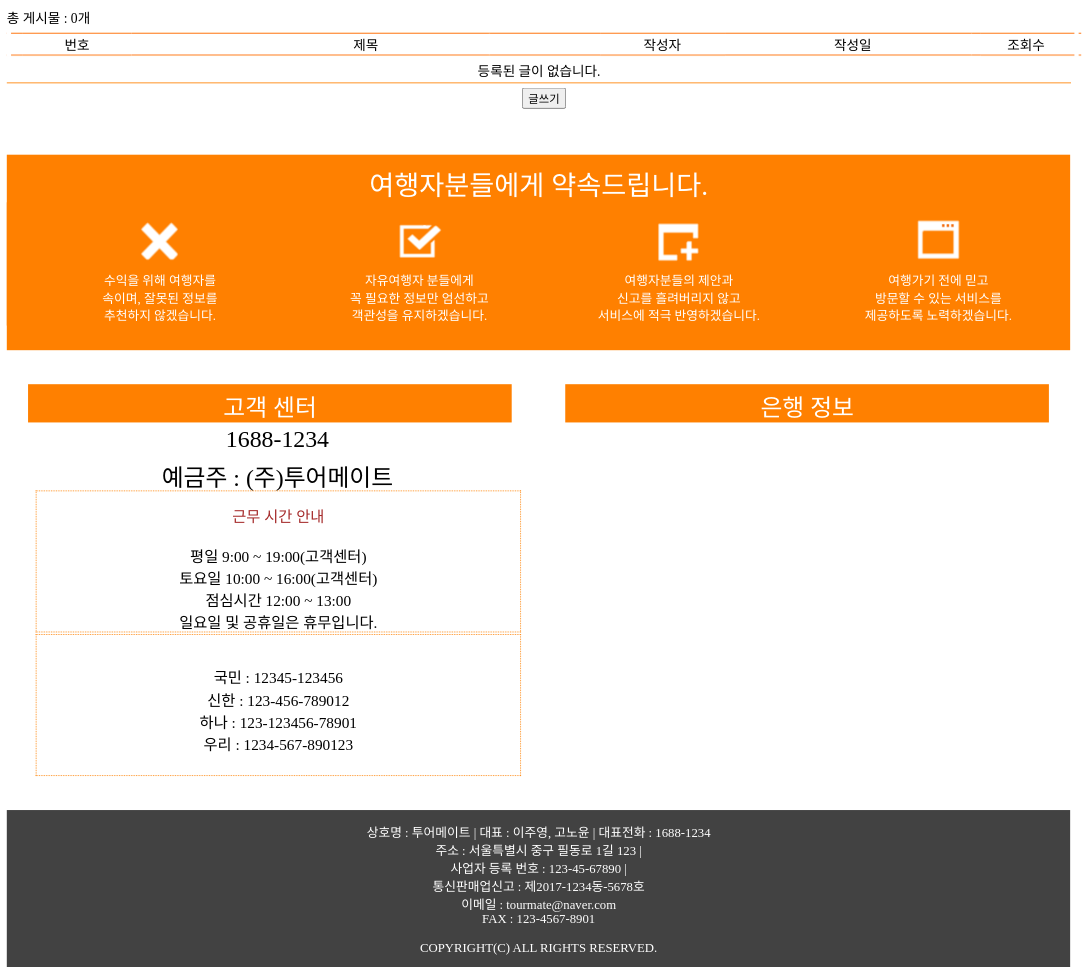
Repository: nohyoonko/2017-2-WP-Tourmate
Page: http://localhost/Tourmate/여행_후기.jsp
The author's editor kept a copy of each file at every save. The page is drawn from the files as they stood at one save, then again after the next save.
The browser window is 1280 px wide. The pictures show the whole page, at 85% of full size.
The page is served by Tomcat 9. Other server files are loaded and not shown. Queries for data that is not in the repository find no rows.

Above is the page before, as saved 2017-12-05 03:09:05.

### eclipse-workspace/Tourmate/WebContent/여행_후기.jsp
<%@ page language="java" contentType="text/html; charset=utf-8"
    pageEncoding="utf-8"%>
<%@ page import="java.sql.*" %>
<!DOCTYPE html PUBLIC "-//W3C//DTD HTML 4.01 Transitional//EN" "http://www.w3.org/TR/html4/loose.dtd">
<html>
 <head>
 <title>투어메이트</title>
 </head>
 <body>
 <%
 	Class.forName("com.mysql.jdbc.Driver");
	String url = "jdbc:mysql://localhost:3306/trip";
	String id = "root";
	String pass = "5576";
	int total = 0;

	try {
		Connection conn = DriverManager.getConnection(url, id, pass);
		Statement stmt = conn.createStatement();

		String sqlCount = "SELECT COUNT(*) FROM trip";
		ResultSet rs = stmt.executeQuery(sqlCount);

		if(rs.next()){
			total = rs.getInt(1);
		}
		rs.close();
		out.print("총 게시물 : " + total + "개");

		String sqlList = "SELECT NUM, USERNAME, TITLE, TIME, HIT, INDENT from trip order by REF DESC, STEP ASC";
		rs = stmt.executeQuery(sqlList);

%>
<table width="100%" cellpadding="0" cellspacing="0" border="0">
  <tr height="5"><td width="5"></td></tr>
 <tr style="background:url('2_trip/table_mid.gif') repeat-x; text-align:left;">
   <td width="10"><img src="2_trip/table_left.gif" width="5" height="30" /></td>
   <td align="center" width="70">번호</td>
   <td align="center" width="300">제목</td>
   <td align="center" width="80">작성자</td>
   <td align="center" width="164">작성일</td>
   <td align="center" width="58">조회수</td>
   <td align="center" width="7"><img src="2_trip/table_right.gif" width="5" height="30" /></td>
  </tr>
<%
	if(total==0) {
%>
	 		<tr align="center" bgcolor="#FFFFFF" height="30">
	 	   <td colspan="6">등록된 글이 없습니다.</td>
	 	  </tr>
<%
	 	} else {

		while(rs.next()) {
			int idx = rs.getInt(1);
			String name = rs.getString(2);
			String title = rs.getString(3);
			String time = rs.getString(4);
			int hit = rs.getInt(5);
			int indent = rs.getInt(6);

%>
<tr height="25" align="center">
	<td>&nbsp;</td>
	<td align="center"><%=idx %></td>
	<td align="left">
	<%

	for(int j=0;j<indent;j++){
%>		&nbsp;&nbsp;&nbsp;<%
	}
	if(indent!=0){
%>		<img src='2_trip/reply_icon.gif' />
<%
	}
%>
	<a href="여행_후기_view.jsp?idx=<%=idx%>"><%=title %></a></td>
	<td align="center"><%=name %></td>
	<td align="center"><%=time %></td>
	<td align="center"><%=hit %></td>
	<td>&nbsp;</td>
</tr>
  <tr height="1" bgcolor="#D2D2D2"><td colspan="6"></td></tr>
<%
		}
	}
	rs.close();
	stmt.close();
	conn.close();
} catch(SQLException e) {
	out.println( e.toString() );
}
%>
 <tr height="1" bgcolor="#FF8000"><td colspan="6" width="752"></td></tr>
 </table>

<table width="100%" cellpadding="0" cellspacing="0" border="0">
  <tr><td colspan="4" height="5"></td></tr>
  <tr align="center">
   <td><input type="button" value="글쓰기" OnClick="window.location='여행_후기_write.jsp'"></td>
  </tr>
</table>
<br><br><br>
<!-- 회사 정보와 약속을 포함한 Footer.jsp 파일을 include -->
<jsp:include page="Footer.jsp" flush="false"/>
</body>
</html>

### eclipse-workspace/Tourmate/WebContent/Footer.jsp
<%@ page language="java" contentType="text/html; charset=UTF-8"
    pageEncoding="UTF-8"%>
<!DOCTYPE html PUBLIC "-//W3C//DTD HTML 4.01 Transitional//EN" "http://www.w3.org/TR/html4/loose.dtd">
<html>
<head>
	<meta http-equiv="Content-Type" content="text/html; charset=UTF-8">
	<title>투어메이트</title>
    <style>
        div { font-family: "함초롬돋움"; }

       div.footer{
         width:99%;
         height:220px;
         float:left;
         background-color:#FF8000;
         color:white;
         text-align:center;
         padding-top:10px;
      }
      div.promise{
         width:20%;
         float:left;
         height:140px;
         background-color:#FF8000;
         color:white;
         font-size:15px;
         text-align:center;
         padding-top:5px;
         padding-left:55px;
      }
      div.footer2{
         width:45%;
         height:40px;
         float:left;
         font-size:28px;
         background-color:#FF8000;
         color:white;
         text-align:center;
         padding-top:5px;
         margin-left:2%;
         margin-right:3%;
         margin-top:40px;
      }
      div.footer3{
         width:45%;
         height:35px;
         float:left;
         font-size:28px;
         text-align:center;
         padding-top:4px;
         margin-left:34px;
         margin-right:34px;
      }
      div.footer4{
         width:45%;
         height:150px;
         float:left;
         font-size:18px;
         text-align:center;
         padding-top:15px;
         margin-top:2px;
         margin-left:34px;
         margin-right:34px;
         border-width: 1px;
         border-style : dotted;
         border-color : #FF8000;
      }
      div.footer5{
         width:99%;
         height:170px;
         font-size:15px;
         background-color:#424242;
         color:white;
         float:left;
         text-align:center;
         padding-top:15px;
         margin-top:40px;
      }
       #fo {width:60px; height:60px; padding:10px 70px 5px 70px;}
	</style>
</head>
<body>
       <div class="footer">
         <font size="6">여행자분들에게 약속드립니다.</font><br>
         <div class="promise">
            <img id="fo" src="main/footer 그림1.png"><br>
            수익을 위해 여행자를<br>
            속이며, 잘못된 정보를<br>
            추천하지 않겠습니다.
         </div>
         <div class="promise">
            <img id="fo" src="main/footer 그림2.png"><br>
            자유여행자 분들에게<br>
            꼭 필요한 정보만 엄선하고<br>
            객관성을 유지하겠습니다.
         </div>
         <div class="promise">
            <img id="fo" src="main/footer 그림3.png"><br>
            여행자분들의 제안과<br>
            신고를 흘려버리지 않고<br>
            서비스에 적극 반영하겠습니다.
         </div>
         <div class="promise">
            <img id="fo" src="main/footer 그림4.png"><br>
            여행가기 전에 믿고<br>
            방문할 수 있는 서비스를<br>
            제공하도록 노력하겠습니다.
         </div>
      </div>
      <br>
      <div class="footer2">고객 센터</div>
      <div class="footer2">은행 정보</div>
      <br>
      <div class="footer3">1688-1234</div>
      <div class="footer3">예금주 : (주)투어메이트</div>
      <br>
      <div class="footer4">
         <font color="brown" size="4">근무 시간 안내</font><br><br>
         평일 9:00 ~ 19:00(고객센터)<br>
         토요일 10:00 ~ 16:00(고객센터)<br>
         점심시간 12:00 ~ 13:00<br>
         일요일 및 공휴일은 휴무입니다.<br>
      </div>
      <div class="footer4"><br>
         국민 : 12345-123456<br>
         신한 : 123-456-789012<br>
         하나 : 123-123456-78901<br>
         우리 : 1234-567-890123<br>
      </div>
      <div class="footer5">
         상호명 : 투어메이트 | 대표 : 이주영, 고노윤 | 대표전화 : 1688-1234<br>
         주소 : 서울특별시 중구 필동로 1길 123 | <br>
         사업자 등록 번호 : 123-45-67890 |<br>
         통신판매업신고 : 제2017-1234동-5678호<br>
         이메일 : tourmate@naver.com<br>
         FAX : 123-4567-8901<br><br>
         COPYRIGHT(C) ALL RIGHTS RESERVED.<br>
      </div>
</body>
</html>

### eclipse-workspace/Tourmate/WebContent/Header.jsp
<%@ page language="java" contentType="text/html; charset=UTF-8"
    pageEncoding="UTF-8"%>
<!DOCTYPE html PUBLIC "-//W3C//DTD HTML 4.01 Transitional//EN" "http://www.w3.org/TR/html4/loose.dtd">
<html>
<head>
	<meta http-equiv="Content-Type" content="text/html; charset=UTF-8">
	<title>투어메이트</title>
    <style>
        div { font-family: "함초롬돋움"; }

        div.header1 {
            width: 30%;
            float: left;
            margin-left: 25px;
            margin-top: 50px;
        }

        div.header2 {
            width: 33%;
            height: 60px;
            float: left;
            margin-left: 40px;
            margin-top: 15px;
            color: black;
        }

      	div.header2 > a {
        	color:black; text-decoration:none;
      	}

        div.header3 {
            width: 31%;
            height: 50px;
            float: left;
            margin-right: 10px;
            margin-top: 65px;
        }

        .menubar {
 			background: #FF8000;
 			display: inline-block;
  			width: 100%;
		}
		.main { margin: 0; padding: 0; font-size: 19px; }
		.main li {
			padding:0% 3% 0% 3%;
  			float: left;
  			list-style:none;
  			position: relative;
		}
		.main li:first-child { margin-left: 10%; }
		.main li:hover { background: #984807; }
		.main a {
  			color: white;
  			display: block;
  			padding: 10px 20px;
  			text-decoration: none;
		}
		.main ul {
  			background: white;
  			display: none;
  			padding: 0;
  			position: absolute;
  			left: 0;
  			top: 100%;
  			z-index: 2;
  			width: 210px;
		}
		.main ul li { float: none; margin-left: 10%; }
		.main ul a { color: #984807; }
		.main ul li:hover { background: white; }
		.main ul li:hover>a { color: #FF8000; }
	</style>
</head>
<body>
    <div class="header1">
        <input type="text" size=30>
        <input type="submit" value="검색">
    </div>
    <a href="투어메이트.html">
    <div class="header2">
        <center>
            <font face="HYHeadLine" size="7">Tourmate</font><br>
            <font face="함초롬돋움" size="4">믿을 수 있는 여행 친구, 투어메이트</font>
        </center>
    </div>
    </a>
    <div class="header3">
        <center>
            <font size="3">로그인 | 회원가입 | 이벤트</font>
        </center>
    </div>

    <!--상단 메뉴바와 하위 메뉴-->
    <script src="//code.jquery.com/jquery.min.js"></script>
	<script>
	$(function(){
  		$(".main li").hover(function(){
    		$('ul:first',this).show();
  		}, function(){
    		$('ul:first',this).hide();
  		});
	});
	</script>

    <div class="menubar">
        <ul class="main">
            <li>
           		<a href="#">여행 정보</a>
           		<ul>
            		<li><a href="인기_여행_도시.jsp">인기 여행 도시</a></li>
            		<li><a href="#">여행 준비</a></li>
            	</ul>
            </li>

            <li>
                <a href="#">커뮤니티</a>
                <ul>
                    <li><a href="여행_후기.jsp">여행 후기</a></li>
                    <li><a href="#">맛집 추천</a></li>
                </ul>
            </li>

            <li>
                <a href="#">티켓/투어</a>
                <ul>
                    <li><a href="티켓투어_한국.jsp">한국</a></li>
                    <li><a href="티켓투어_홍콩.jsp">홍콩</a></li>
                    <li><a href="티켓투어_일본.jsp">일본</a></li>
                    <li><a href="티켓투어_싱가포르.jsp">싱가포르</a></li>
                    <li><a href="티켓투어_대만.jsp">대만</a></li>
                </ul>
            </li>

            <li><a href="항공.jsp">항공</a></li>
            <li><a href="호텔.jsp">호텔</a></li>
            <li><a href="#">렌터카</a></li>
        </ul>
    </div>

</body>
</html>

After the next save:
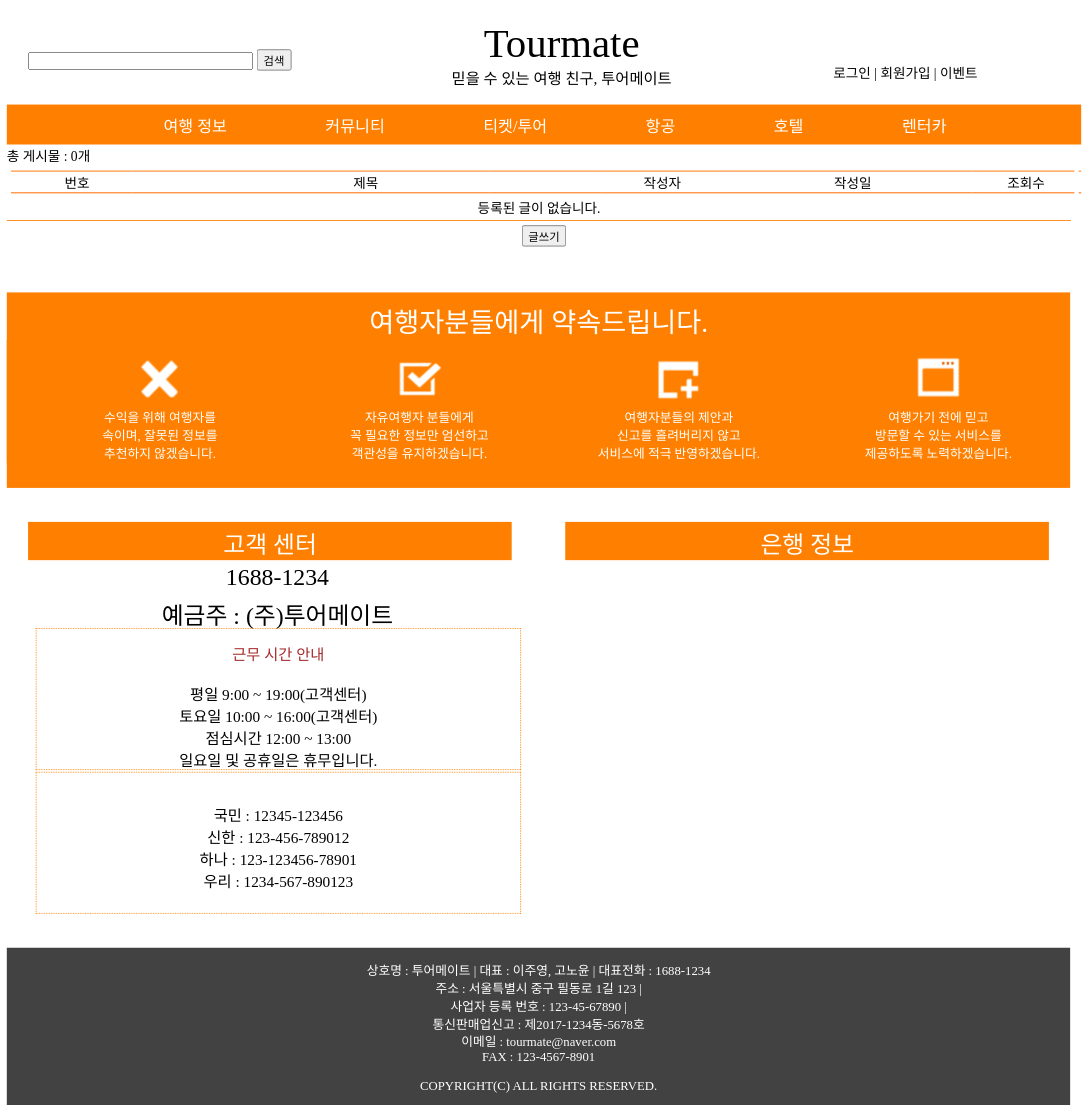
Saved 47 s later.
--- a/eclipse-workspace/Tourmate/WebContent/여행_후기.jsp
+++ b/eclipse-workspace/Tourmate/WebContent/여행_후기.jsp
@@ -7,6 +7,9 @@
  <title>투어메이트</title>
  </head>
  <body>
+
+<!-- 제목+메뉴바를 포함한 Header.jsp 파일을 include -->
+<jsp:include page="Header.jsp" flush="false"/>
  <%
  	Class.forName("com.mysql.jdbc.Driver");
 	String url = "jdbc:mysql://localhost:3306/trip";
